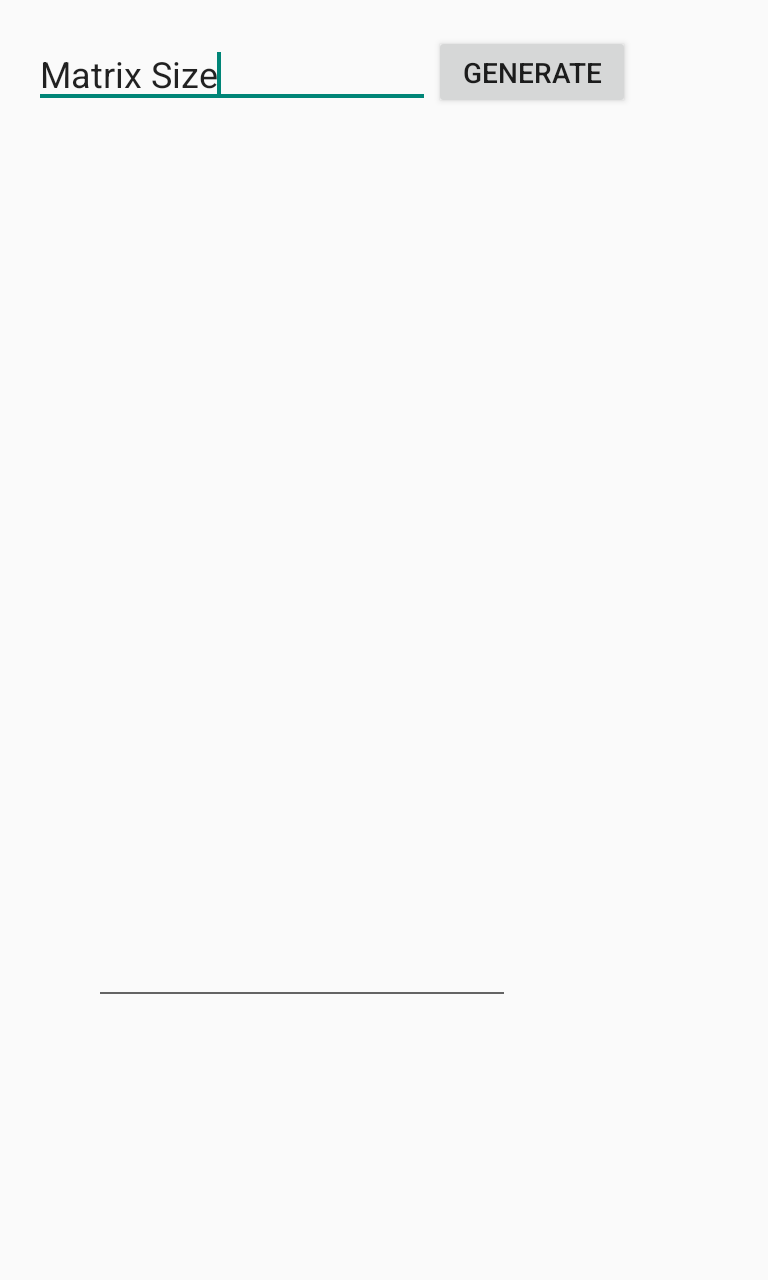
Repository: lhsieh814/ParallelProject
Layout: MatrixManipulation/res/layout/activity_main.xml
An editor plug-in stored every save of this project. The layout is shown before and after the next save, followed by the edit.
It is drawn on a 768 x 1280 px phone screen (xhdpi) without system bars, with theme AppTheme; the app's code is not run.

Above is the layout before, as saved 2014-11-22 17:16:34.

### MatrixManipulation/res/layout/activity_main.xml
<RelativeLayout xmlns:android="http://schemas.android.com/apk/res/android"
    xmlns:tools="http://schemas.android.com/tools"
    android:layout_width="match_parent"
    android:layout_height="match_parent"
    android:paddingBottom="@dimen/activity_vertical_margin"
    android:paddingLeft="@dimen/activity_horizontal_margin"
    android:paddingRight="@dimen/activity_horizontal_margin"
    android:paddingTop="@dimen/activity_vertical_margin"
    tools:context="com.example.matrixmanipulation.MainActivity" >

    <EditText
        android:id="@+id/editText2"
        android:layout_width="wrap_content"
        android:layout_height="wrap_content"
        android:layout_alignParentBottom="true"
        android:layout_alignParentLeft="true"
        android:layout_marginBottom="119dp"
        android:layout_marginLeft="30dp"
        android:ems="10"
        android:inputType="textMultiLine" />

    <EditText
        android:id="@+id/editText1"
        android:layout_width="200dp"
        android:layout_height="40dp"
        android:layout_alignParentLeft="true"
        android:layout_alignParentTop="true"
        android:ems="10"
        android:inputType="number"
        android:text="Matrix Size" >

        <requestFocus />
    </EditText>

    <Button
        android:id="@+id/button1"
        android:layout_width="100dp"
        android:layout_height="40dp"
        android:layout_alignTop="@+id/editText1"
        android:layout_toRightOf="@+id/editText1"
        android:text="Generate" />

</RelativeLayout>

Loaded but not shown: MatrixManipulation/res/values/styles.xml (common file); MatrixManipulation/res/values-v11/styles.xml (common file); MatrixManipulation/res/values-v14/styles.xml (common file); MatrixManipulation/res/values/dimens.xml (common file); MatrixManipulation/res/values-w820dp/dimens.xml (common file)

After the next save:
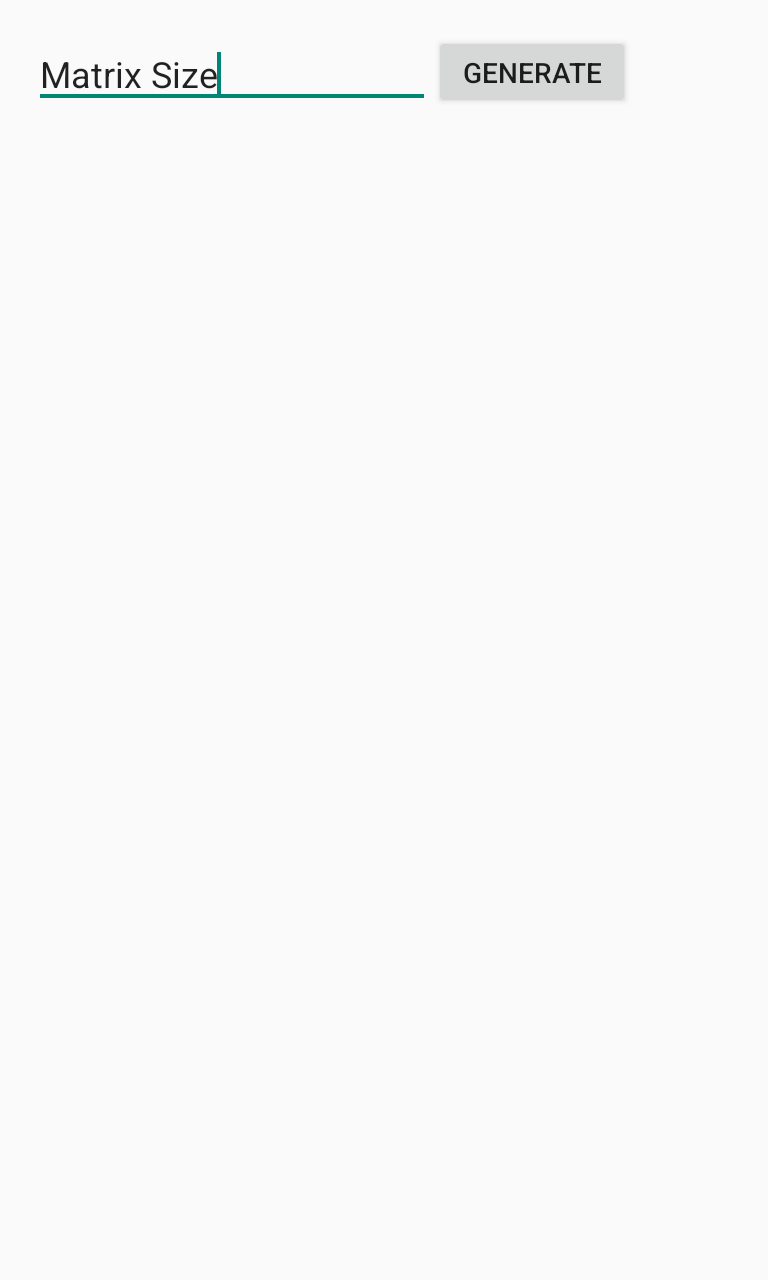
Saved 43 s later.
--- a/MatrixManipulation/res/layout/activity_main.xml
+++ b/MatrixManipulation/res/layout/activity_main.xml
@@ -8,16 +8,6 @@
     android:paddingTop="@dimen/activity_vertical_margin"
     tools:context="com.example.matrixmanipulation.MainActivity" >
 
-    <EditText
-        android:id="@+id/editText2"
-        android:layout_width="wrap_content"
-        android:layout_height="wrap_content"
-        android:layout_alignParentBottom="true"
-        android:layout_alignParentLeft="true"
-        android:layout_marginBottom="119dp"
-        android:layout_marginLeft="30dp"
-        android:ems="10"
-        android:inputType="textMultiLine" />
 
     <EditText
         android:id="@+id/editText1"
